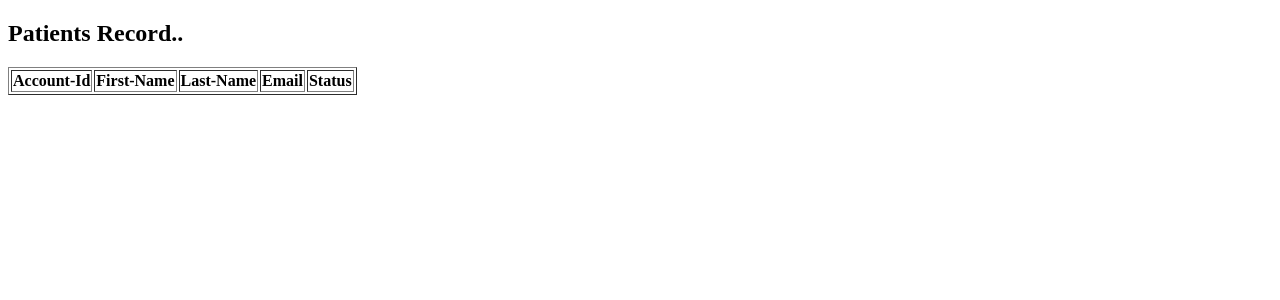
Repository: anujsoni10001/JSP-Servlet
Page: http://localhost/Minor/patientrecord.jsp
An editor plug-in stored every save of this project. The page is shown before and after the next save, followed by the edit.
The browser window is 1280 px wide. The pictures show the whole page.
The page is served by Tomcat 9. Other server files are loaded and not shown. Queries for data that is not in the repository find no rows.

Above is the page before, as saved 2019-03-23 04:54:14.

### FinalProject/minor - Copy/Minor/WebContent/patientrecord.jsp
<%@page import="pp.RegisteredDao"%>
<%@ page language="java" contentType="text/html; charset=ISO-8859-1"
    pageEncoding="ISO-8859-1"%>
<!DOCTYPE html PUBLIC "-//W3C//DTD HTML 4.01 Transitional//EN" "http://www.w3.org/TR/html4/loose.dtd">
<html>
<head>
<meta http-equiv="Content-Type" content="text/html; charset=ISO-8859-1">
<title>Insert title here</title>
</head>
<h2>Patients Record..</h2>
<body>
<%
pp.RegisteredDao rd=new RegisteredDao();
java.util.ArrayList<pp.PatientAccountBean> a1=rd.ShowallPatient();
%>
<table border=1>
<tr>
<th>Account-Id</th>
<th>First-Name</th>
<th>Last-Name</th>
<th>Email</th>
<th>Status</th>
</tr>
<%
for(pp.PatientAccountBean p:a1)
{

}
%>
</table>
</body>
</html>

### FinalProject/minor - Copy/Minor/src/pp/RegisteredDao.java
package pp;
import java.sql.*;
import pp.PatientAccountBean;

public class RegisteredDao {
Connection con;
public Connection getConnect() throws ClassNotFoundException, SQLException
{
Class.forName("com.mysql.cj.jdbc.Driver");
con=DriverManager.getConnection("jdbc:mysql://localhost:3306/minor","root","root");
return con;
}
public java.util.ArrayList<PatientAccountBean> ShowPro(String email) throws ClassNotFoundException, SQLException
{
java.util.ArrayList<PatientAccountBean> a1=new java.util.ArrayList<pp.PatientAccountBean>();
con=getConnect();
String qr="select * from accounts where Email=?";
PreparedStatement ps=con.prepareStatement(qr);
ps.setString(1,email);
ResultSet rs=ps.executeQuery();
while(rs.next())
{
pp.PatientAccountBean p=new pp.PatientAccountBean();
p.setFirstName(rs.getString("FirstName"));
p.setLastName(rs.getString("LastName"));
p.setTelephone(rs.getString("Telephone"));
p.setAddress(rs.getString("Address"));
p.setAccountId(rs.getInt("AccountId"));
a1.add(p);
}
con.close();
return a1;
}
public int update(PatientAccountBean p) throws ClassNotFoundException, SQLException
{
int i=0;
con=getConnect();
///Remember Query///
//update table tablename -XXXX...//
//Wrong Syntax Putted...in the Mid-Sam-Exam//
String qr="update accounts set LastName=?,FirstName=?,Telephone=?,Address=? where Email=?";
PreparedStatement ps=con.prepareStatement(qr);
ps.setString(1,p.getLastName());
ps.setString(2,p.getFirstName());
ps.setString(3,p.getTelephone());
ps.setString(4,p.getAddress());
ps.setString(5,p.getEmail());
i=ps.executeUpdate();
con.close();
return i;
}
public java.util.ArrayList<Doctor> ShowPro() throws ClassNotFoundException, SQLException
{
java.util.ArrayList<Doctor> a1=new java.util.ArrayList<pp.Doctor>();
con=getConnect();
String qr="select * from doctor";
Statement st=con.createStatement();
ResultSet rs=st.executeQuery(qr);
while(rs.next())
{
pp.Doctor p=new pp.Doctor();
p.setDoctorId(rs.getInt("DoctorId"));
a1.add(p);
}
con.close();
return a1;
}
public java.util.ArrayList<Doctor> ShowPro(int id) throws ClassNotFoundException, SQLException
{
java.util.ArrayList<Doctor> a1=new java.util.ArrayList<pp.Doctor>();
con=getConnect();
String qr="select * from doctor,specialty,hospital where doctor.SpecialtyId=specialty.SpecialtyId and DoctorId=? and doctor.HospitalId=hospital.HospitalId";
PreparedStatement ps=con.prepareStatement(qr);
ps.setInt(1,id);
ResultSet rs=ps.executeQuery();
while(rs.next())
{
pp.Doctor p=new pp.Doctor();
p.setDcotorName(rs.getString("DcotorName"));
p.setDescription(rs.getString("Description"));
p.setHospitalName(rs.getString("HospitalName"));
p.setHospitalId(rs.getString("HospitalId"));
p.setYearOfExperience(rs.getInt("YearOfExperience"));
a1.add(p);
}
con.close();
return a1;
}
public int addPro(pp.Appointment a) throws ClassNotFoundException, SQLException
{
int i=0;
con=getConnect();
 ///Remember Query///
//insert table tablename -XXXX...Wrong//
//Wrong Syntax Putted...in the Mid-Sam-Exam//
String qr="insert into Appointment(DoctorId,HospitalId,Date,BookedbyAccountId,Status) values(?,?,?,?,?)";
PreparedStatement ps=con.prepareStatement(qr);
ps.setString(1,a.getDoctorId());
ps.setString(2,a.getHospitalId());
ps.setString(3,a.getDate());
ps.setInt(4,a.getAppointmentId());
ps.setString(5,a.getStatus());
i=ps.executeUpdate();
con.close();
return i;
}
public java.util.ArrayList<pp.Appointment> ShowAppoint(int bbyid) throws ClassNotFoundException, SQLException
{
java.util.ArrayList<pp.Appointment> a1=new java.util.ArrayList<pp.Appointment>();
con=getConnect();
String qr="select * from Appointment,doctor,Accounts,Hospital where Appointment.DoctorId=doctor.DoctorId and AccountId=BookedByAccountId and doctor.HospitalId=Hospital.HospitalId and BookedbyAccountId=?";
PreparedStatement ps=con.prepareStatement(qr);
ps.setInt(1,bbyid);
ResultSet rs=ps.executeQuery();
while(rs.next())
{
pp.Appointment a=new Appointment();
a.setAppointmentId(rs.getInt("AppointmentId"));
a.setHospitalName(rs.getString("HospitalName"));
a.setDoctorName(rs.getString("DcotorName"));
a.setDate(rs.getString("Date"));
a.setStatus(rs.getString("Status"));
a.setChargesRM(rs.getDouble("ChargesRM"));
a1.add(a);
}
con.close();
return a1;
}
public int updateAppoint(pp.Appointment a) throws ClassNotFoundException, SQLException
{
int i=0;
con=getConnect();
///Remember Query///
//update table tablename -XXXX...//
//Wrong Syntax Putted...in the Mid-Sam-Exam//
String qr="update appointment set DoctorId=?,HospitalId=?,Date=?,BookedbyAccountId=? where AppointmentId=?";
PreparedStatement ps=con.prepareStatement(qr);
ps.setString(1,a.getDoctorId());
ps.setString(2,a.getHospitalId());
ps.setString(3,a.getDate());
ps.setInt(4,a.getBookedbyAccountId());
ps.setInt(5,a.getAppointmentId());
i=ps.executeUpdate();
con.close();
return i;
}
public int delete(Appointment a) throws ClassNotFoundException, SQLException
{
int i=0;
con=getConnect();
///Remember Query///
//delete table tablename -XXXX...Wrong//
//Wrong Syntax Putted...in the Mid-Sam-Exam//
String qr="delete from Appointment where AppointmentId=?";
PreparedStatement ps=con.prepareStatement(qr);
ps.setInt(1,a.getAppointmentId());
i=ps.executeUpdate();
con.close();
return i;
}
public boolean VerifyCard(Creditcard c) throws ClassNotFoundException, SQLException
{
con=getConnect();
String qr="select * from creditcard where CardNo=? and ExpiryDate=? and SecurityCode=? and CardType=?";

PreparedStatement ps=con.prepareStatement(qr);
ps.setString(1,c.getCardNo());
ps.setString(2,c.getExpiryDate());
ps.setString(3,c.getSecurityCode());
ps.setString(4,c.getCardType());
ResultSet rs=ps.executeQuery();
if(rs.next())
{
con.close();
return true;
}
else
{
con.close();
return false;
}
}
public int updateAppointStatus(pp.Appointment a) throws ClassNotFoundException, SQLException
{
int i=0;
con=getConnect();
///Remember Query///
//update table tablename -XXXX...//
//Wrong Syntax Putted...in the Mid-Sam-Exam//
String qr="update appointment set Status=? where AppointmentId=?";
PreparedStatement ps=con.prepareStatement(qr);
ps.setString(1,a.getStatus());
ps.setInt(2,a.getAppointmentId());
i=ps.executeUpdate();
con.close();
return i;
}
public java.util.ArrayList<pp.Appointment> ShowCompletedAppoint(int bbyid) throws ClassNotFoundException, SQLException
{
java.util.ArrayList<pp.Appointment> a1=new java.util.ArrayList<pp.Appointment>();
con=getConnect();
String qr="select * from Appointment,doctor,Accounts,Hospital where Appointment.DoctorId=doctor.DoctorId and AccountId=BookedByAccountId and doctor.HospitalId=Hospital.HospitalId and BookedbyAccountId=? and Status='Completed'";
PreparedStatement ps=con.prepareStatement(qr);
ps.setInt(1,bbyid);
ResultSet rs=ps.executeQuery();
while(rs.next())
{
pp.Appointment a=new Appointment();
a.setAppointmentId(rs.getInt("AppointmentId"));
a.setHospitalName(rs.getString("HospitalName"));
a.setDoctorName(rs.getString("DcotorName"));
a.setDate(rs.getString("Date"));
a.setStatus(rs.getString("Status"));
a.setChargesRM(rs.getDouble("ChargesRM"));
a1.add(a);
}
con.close();
return a1;
}
public int addPro(pp.Rating r) throws ClassNotFoundException, SQLException
{
int i=0;
con=getConnect();
 ///Remember Query///
//insert table tablename -XXXX...Wrong//
//Wrong Syntax Putted...in the Mid-Sam-Exam//
String qr="insert into rating values(?,?)";
PreparedStatement ps=con.prepareStatement(qr);
ps.setString(1,r.getAppointmentId());
ps.setInt(2,r.getConsultationRating());
i=ps.executeUpdate();
con.close();
return i;
}
public java.util.ArrayList<pp.Hospital> ShowHospital() throws ClassNotFoundException, SQLException
{
java.util.ArrayList<Hospital> a1=new java.util.ArrayList<pp.Hospital>();
con=getConnect();
String qr="select * from hospital";
Statement st=con.createStatement();
ResultSet rs=st.executeQuery(qr);
while(rs.next())
{
pp.Hospital h=new pp.Hospital();
h.setHospitalName(rs.getString("HospitalName"));
a1.add(h);
}
con.close();
return a1;
}
public java.util.ArrayList<pp.Hospital> ShowHospitalId(String HospitalName) throws ClassNotFoundException, SQLException
{
java.util.ArrayList<Hospital> a1=new java.util.ArrayList<pp.Hospital>();
con=getConnect();
String qr="select * from hospital where HospitalName=?";
PreparedStatement ps=con.prepareStatement(qr);
ps.setString(1,HospitalName);
ResultSet rs=ps.executeQuery();
while(rs.next())
{
pp.Hospital h=new pp.Hospital();
h.setHospitalId(rs.getString("HospitalId"));
a1.add(h);
}
con.close();
return a1;
}
public int addStaff(pp.Staff s) throws ClassNotFoundException, SQLException
{
int i=0;
con=getConnect();
 ///Remember Query///
//insert table tablename -XXXX...Wrong//
//Wrong Syntax Putted...in the Mid-Sam-Exam//
String qr="insert into staff values(?,?,?,?,?,?,?,?,?,?)";
PreparedStatement ps=con.prepareStatement(qr);
ps.setInt(1,s.getStaffId());
ps.setString(2,s.getEmail());
ps.setString(3,s.getPassword());
ps.setString(4,s.getFirstName());
ps.setString(5,s.getLastName());
ps.setString(6,s.getICNumber());
ps.setString(7,s.getTelephone());
ps.setString(8,s.getAddress());
ps.setString(9,s.getPosition());
ps.setString(10,s.getHospitalId());
i=ps.executeUpdate();
con.close();
return i;
}
public java.util.ArrayList<PatientAccountBean> ShowallPatient() throws ClassNotFoundException, SQLException
{
java.util.ArrayList<PatientAccountBean> a1=new java.util.ArrayList<pp.PatientAccountBean>();
con=getConnect();
String qr="select * from accounts";
Statement st=con.createStatement();
ResultSet rs=st.executeQuery(qr);
while(rs.next())
{
pp.PatientAccountBean p=new pp.PatientAccountBean();
p.setFirstName(rs.getString("FirstName"));
p.setLastName(rs.getString("LastName"));
p.setTelephone(rs.getString("Telephone"));
p.setAddress(rs.getString("Address"));
p.setAccountId(rs.getInt("AccountId"));
p.setEmail(rs.getString("Email"));
a1.add(p);
}
con.close();
return a1;
}
public int updateStaffPatient(PatientAccountBean p) throws ClassNotFoundException, SQLException
{
int i=0;
con=getConnect();
///Remember Query///
//update table tablename -XXXX...//
//Wrong Syntax Putted...in the Mid-Sam-Exam//
String qr="update accounts set LastName=?,FirstName=?,Telephone=?,Address=?,Email=? where AccountId=?";
PreparedStatement ps=con.prepareStatement(qr);
ps.setString(1,p.getLastName());
ps.setString(2,p.getFirstName());
ps.setString(3,p.getTelephone());
ps.setString(4,p.getAddress());
ps.setString(5,p.getEmail());
ps.setInt(6,p.getAccountId());
i=ps.executeUpdate();
con.close();
return i;
}
public int delete(pp.PatientAccountBean p) throws ClassNotFoundException, SQLException
{
int i=0;
con=getConnect();
///Remember Query///
//delete table tablename -XXXX...Wrong//
//Wrong Syntax Putted...in the Mid-Sam-Exam//
String qr="delete from accounts where AccountId=?";
PreparedStatement ps=con.prepareStatement(qr);
ps.setInt(1,p.getAccountId());
i=ps.executeUpdate();
con.close();
return i;
}
}

After the next save:
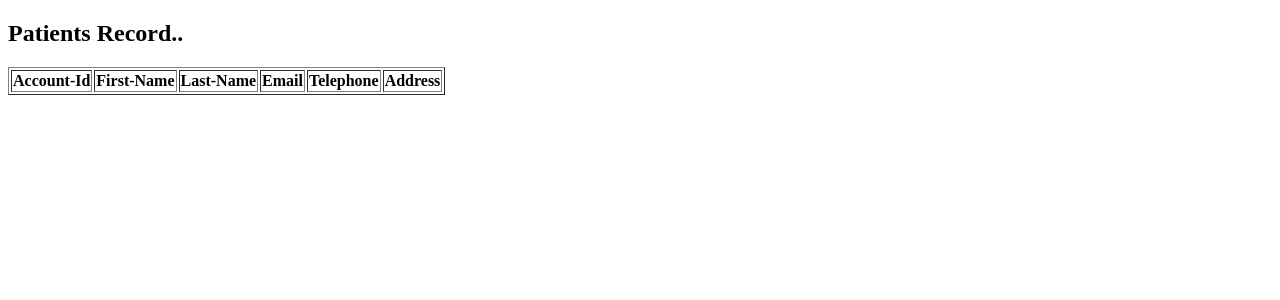
Saved 30 s later.
--- a/FinalProject/minor - Copy/Minor/WebContent/patientrecord.jsp
+++ b/FinalProject/minor - Copy/Minor/WebContent/patientrecord.jsp
@@ -19,7 +19,8 @@ java.util.ArrayList<pp.PatientAccountBean> a1=rd.ShowallPatient();
 <th>First-Name</th>
 <th>Last-Name</th>
 <th>Email</th>
-<th>Status</th>
+<th>Telephone</th>
+<th>Address</th>
 </tr>
 <%
 for(pp.PatientAccountBean p:a1)
